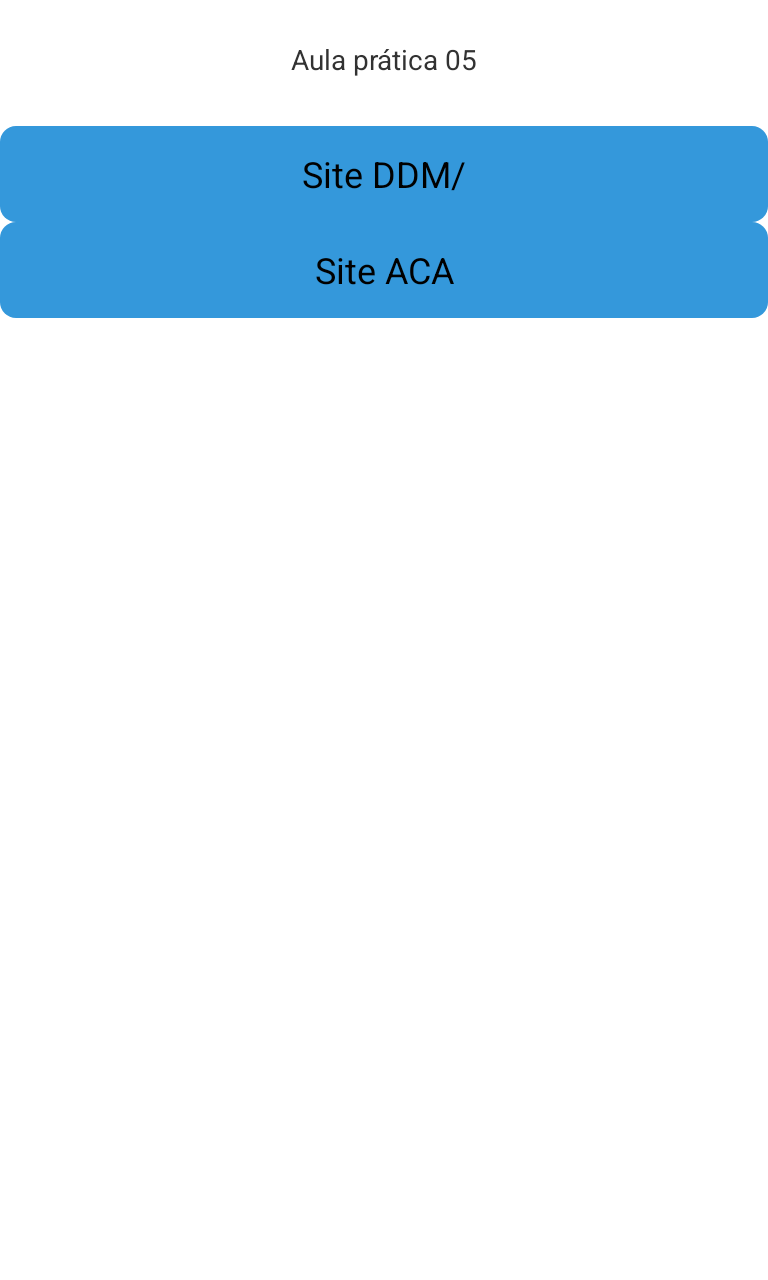
Repository: gokugohan/ddm
Layout: Aulas/res/layout/fragment_aula05.xml
The author's editor kept a copy of each file at every save. The layout is drawn from the files as they stood at one save, then again after a run of saves.
It is drawn on a 768 x 1280 px phone screen (xhdpi) without system bars, with theme AppTheme; the app's code is not run.

Above is the layout before, as saved 2014-11-03 11:24:34.

After the next 2 saves:
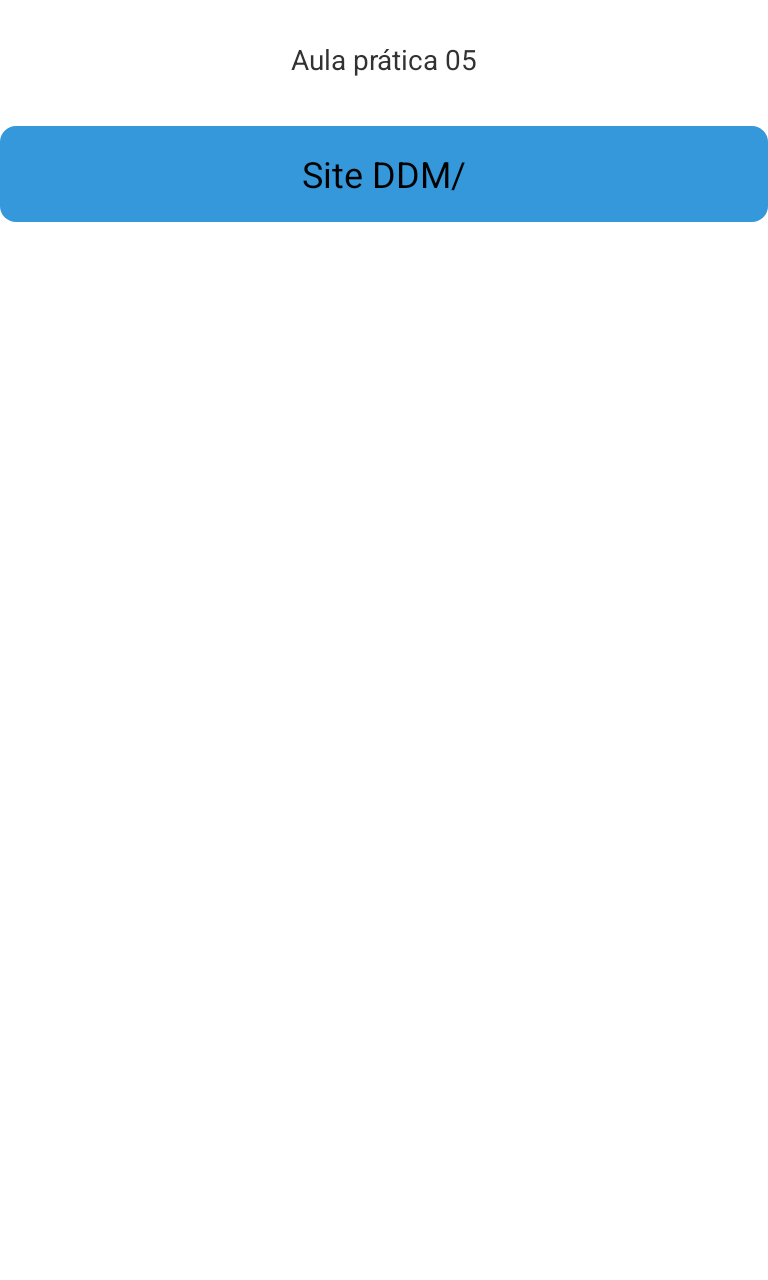
The 2 saves are shown as one change because they came seconds apart.
The last was saved 7 s later.
--- a/Aulas/res/layout/fragment_aula05.xml
+++ b/Aulas/res/layout/fragment_aula05.xml
@@ -16,20 +16,20 @@
     <LinearLayout
         android:layout_width="match_parent"
         android:layout_height="wrap_content" >
+
+        <Button
+            android:id="@+id/id_btn_site1"
+            android:layout_width="match_parent"
+            android:layout_height="wrap_content"
+            android:background="@drawable/custom_button"
+            android:text="@string/str_site1" />
+
+        <Button
+            android:id="@+id/id_btn_site2"
+            android:layout_width="match_parent"
+            android:layout_height="wrap_content"
+            android:background="@drawable/custom_button"
+            android:text="@string/str_site2" />
     </LinearLayout>
 
-    <Button
-        android:id="@+id/id_btn_site1"
-        android:layout_width="match_parent"
-        android:layout_height="wrap_content"
-        android:background="@drawable/custom_button"
-        android:text="@string/str_site1" />
-
-    <Button
-        android:id="@+id/id_btn_site2"
-        android:layout_width="match_parent"
-        android:layout_height="wrap_content"
-        android:background="@drawable/custom_button"
-        android:text="@string/str_site2" />
-
 </LinearLayout>
